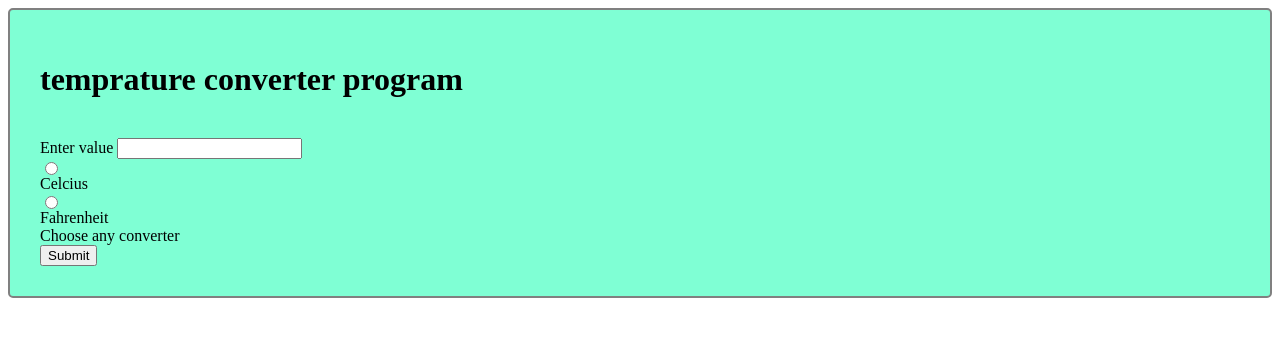
Repository: albinsabu2023/Stopwatch-program
Page: index.html
These files come from the project's save history. The page is drawn as it stood at one moment and after the next save; the edit follows.
The browser window is 1280 px wide. The pictures show the whole page.

Above is the page before, as saved 2023-03-02 23:09:20.

After the next save:
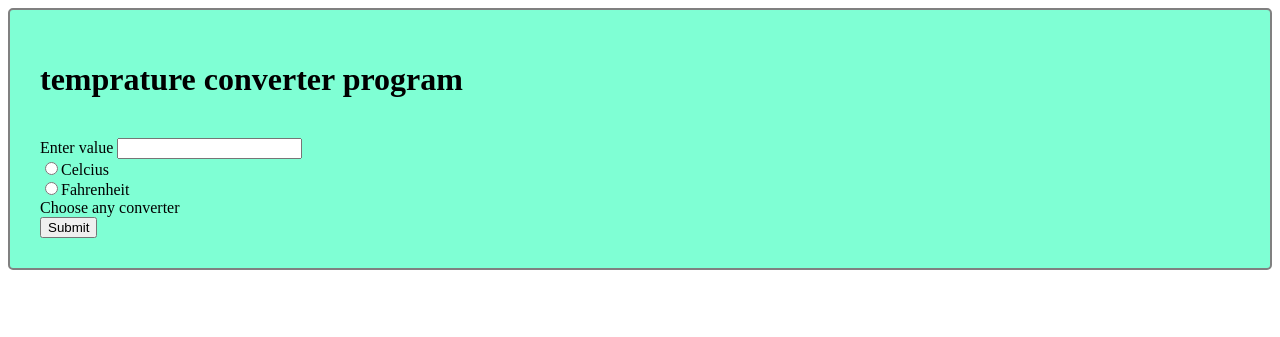
Saved 13 s later.
--- a/style.css
+++ b/style.css
@@ -5,8 +5,5 @@
     background-color: aquamarine;
 }
 #cel,#far{
-    display: flex;
-    flex-direction: column;
-    align-items: center;
-    justify-content: center;
+    padding: 30px;
 }
